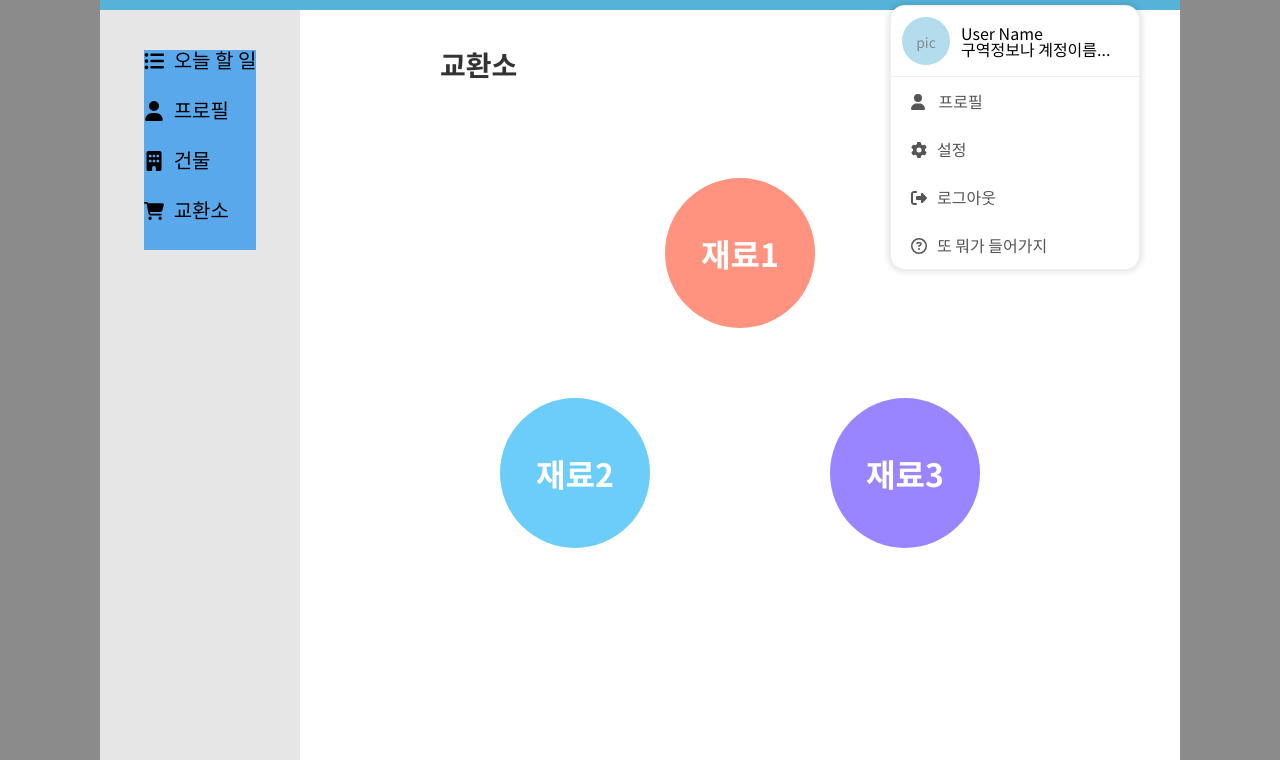
Repository: sunoo-lee/toVillage-old
Page: /#/trade
An editor plug-in stored every save of this project. The page is shown before and after the next save, followed by the edit.
The browser window is 1280 px wide. The pictures show the whole page.
The project was rebuilt for these pictures with package versions that can differ from the ones it lists, and the page was loaded fresh each time. Also part of the build but not shown: src/routes/Auth.js, src/components/Todo.js, src/components/AddForm.js, src/components/Main.js, src/routes/Home.js, src/components/MyProfile.js, src/routes/Profile.js, src/components/Area.module.css and 2 more.

Above is the page before, as saved 2022-10-13 03:07:31.

### src/components/App.js
import React, { useState } from "react";
import AppRouter from "./Router";

function App() {
  const [isLoggedIn, setIsLoggedIn] = useState(true);
  const onClick = () => {
    setIsLoggedIn(!isLoggedIn);
  };
  return (
    <>
      <AppRouter onClick={onClick} isLoggedIn={isLoggedIn} />
    </>
  );
}

export default App;

### src/style.css
@import url("https://fonts.googleapis.com/css2?family=Noto+Sans+KR:wght@400;500;700&display=swap");

* {
  box-sizing: border-box;
}

html,
body {
  padding: 0;
  margin: 0;
  font-family: "Noto Sans KR", -apple-system, BlinkMacSystemFont, Segoe UI,
    Roboto, Oxygen, Ubuntu, Cantarell, Fira Sans, Droid Sans, Helvetica Neue,
    sans-serif;
}

body {
  display: flex;
  justify-content: center;
  align-items: center;
  height: 800px;
  width: 1080px;
  margin: auto;
  height: 100vh;
  background-color: #9dbac7;
  background-color: #8b8b8b;
}

.container {
  background-color: aliceblue;
  background-color: #ffffff;
  min-width: 600px;
  width: 1080px;
  height: 800px;
  padding-left: 200px;
  padding-top: 50px;
  display: flex;
  justify-content: center;
}

### src/components/Router.js
import { HashRouter as Router, Routes, Route } from "react-router-dom";
import Auth from "../routes/Auth";
import Home from "../routes/Home";
import Profile from "../routes/Profile";
import Building from "../routes/Building";
import Trade from "../routes/Trade";
import Header from "./Header";
import Navigation from "./Navigation";

const AppRouter = ({ onClick, isLoggedIn }) => {
  return (
    <Router>
      {isLoggedIn}
      <Header />
      <Navigation onClick={onClick} />
      <Routes>
        {isLoggedIn ? (
          <>
            <Route
              exact
              path="/"
              element={<Home onClick={onClick} isLoggedIn={isLoggedIn} />}
            />
            <Route path="/profile" element={<Profile />} />
            <Route path="/building" element={<Building />} />
            <Route path="/trade" element={<Trade />} />
          </>
        ) : (
          <>
            <Route exact path="/" element={<Auth />} />
          </>
        )}
      </Routes>
    </Router>
  );
};

export default AppRouter;

### src/routes/Trade.js
import React from "react";
import TradingShop from "../components/TradingShop";

const Trade = () => {
  return (
    <>
      <div className={"container"}>
        <TradingShop />
      </div>
    </>
  );
};

export default Trade;

### src/components/Header.js
import { React } from "react";
import styles from "./Header.module.css";
import { FontAwesomeIcon } from "@fortawesome/react-fontawesome";
import { faBars, faUser } from "@fortawesome/free-solid-svg-icons";
import Dropdown from "./Dropdown";
// import MiniProfile from "./MiniProfile";

const Header = () => (
  <header id={styles.header}>
    <div className={styles.container}>
      <div className={styles.header_left}>
        <button className={styles.toggle_btn}>
          <FontAwesomeIcon icon={faBars} />
        </button>
      </div>
      <div className={styles.header_center}>
        {/* {new Date().getFullYear()}/{new Date().getMonth() + 1}/
      {new Date().getDate()} */}
      </div>
      <div className={styles.header_right}>
        <button>
          <FontAwesomeIcon icon={faUser} />
        </button>
        <Dropdown />
      </div>
    </div>
  </header>
);

export default Header;

### src/components/Navigation.js
import { React } from "react";
import { Link } from "react-router-dom";
// import MiniProfile from "./MiniProfile";
import styles from "./Navigation.module.css";
import { FontAwesomeIcon } from "@fortawesome/react-fontawesome";
import {
  faUser,
  faBuilding,
  faCartShopping,
  faListUl,
} from "@fortawesome/free-solid-svg-icons";

const Navigation = () => (
  <nav id={styles.nav}>
    {/* <MiniProfile /> */}
    <div className={styles.container}>
      <ul>
        <li>
          <Link to="/">
            <FontAwesomeIcon icon={faListUl} />
            <span>오늘 할 일</span>
          </Link>
        </li>
        <li>
          <Link to="/profile">
            <FontAwesomeIcon icon={faUser} />
            <span>프로필</span>
          </Link>
        </li>
        <li>
          <Link to="/building">
            <FontAwesomeIcon icon={faBuilding} />
            <span>건물</span>
          </Link>
        </li>
        <li>
          <Link to="/trade">
            <FontAwesomeIcon icon={faCartShopping} />
            <span>교환소</span>
          </Link>
        </li>
      </ul>
      {/* <button onClick={onClick}>SIGN OUT</button> */}
    </div>
  </nav>
);

export default Navigation;

### src/components/TradingShop.js
import React from "react";
import styles from "./TradingShop.module.css";
const TradingShop = () => {
  return (
    <div className={styles.container}>
      <h1>
        <span className={styles.title}>교환소</span>
      </h1>
      <div className={styles.table}>
        <ul>
          <li>
            <div className={`${styles.materials} ${styles.material_1}`}>
              재료1
            </div>
          </li>
          <li>
            <div className={`${styles.materials} ${styles.material_2}`}>
              재료2
            </div>
          </li>
          <li>
            <div className={`${styles.materials} ${styles.material_3}`}>
              재료3
            </div>
          </li>
        </ul>
      </div>
    </div>
  );
};

export default TradingShop;

### src/components/Header.module.css
:root {
  --theme_color: #55b3d9;
}

#header {
  position: absolute;
  width: 1080px;
  z-index: 100;
}

.container {
  background-color: #bce5f5;
  background-color: var(--theme_color);
  width: 100%;
  height: 50px;
  display: flex;
  justify-content: space-between;
  align-items: center;
  padding: 0 40px;
}
.header_left .toggle_btn {
  width: 30px;
  height: 30px;
  border: none;
  outline: none;
  border-radius: 50%;
  background-color: whitesmoke;
  background-color: transparent;
  color: #ffffff;
  cursor: pointer;
  font-size: 1.3rem;
}
.header_center {
  font-weight: 700;
  font-size: 1.4em;
}

.header_right button {
  width: 30px;
  height: 30px;
  border: none;
  outline: none;
  border-radius: 50%;
  background-color: whitesmoke;
  cursor: pointer;
  text-align: center;
  color: var(--theme_color);
}

### src/components/Dropdown.js
import React from "react";
import styles from "./MyProfile.module.css";
import { FontAwesomeIcon } from "@fortawesome/react-fontawesome";
import {
  faUser,
  faGear,
  faRightFromBracket,
} from "@fortawesome/free-solid-svg-icons";
import { faCircleQuestion } from "@fortawesome/free-regular-svg-icons";

const Dropdown = () => (
  <div className={styles.card}>
    <div className={styles.userBx}>
      <div className={styles.imgbx}>pic</div>
      <div className={styles.userinfo}>
        <p>User Name</p>
        <p>구역정보나 계정이름...</p>
      </div>
    </div>
    <ul className={styles.menu}>
      <li>
        <FontAwesomeIcon icon={faUser} /> <span>프로필</span>
      </li>
      <li>
        <FontAwesomeIcon icon={faGear} />
        <span>설정</span>
      </li>
      <li>
        <FontAwesomeIcon icon={faRightFromBracket} />
        <span>로그아웃</span>
      </li>
      <li>
        <FontAwesomeIcon icon={faCircleQuestion} />
        <span>또 뭐가 들어가지</span>
      </li>
    </ul>
  </div>
);

export default Dropdown;

### src/components/Navigation.module.css
#nav {
  width: 200px;
  height: 800px;
  position: absolute;
  z-index: 50;
  padding-top: 50px;
  background-color: #e6e6e6;
  display: flex;
  align-items: center;
  flex-direction: column;
  padding: 60px 10px 10px;
}

.container {
  position: relative;
  margin-top: 10px;
  width: 100%;
  border-radius: 20px;
  padding: 20px 0;
  display: flex;
  flex-direction: column;
  align-items: center;
}
.container ul {
  text-align: left;
}
.container ul li {
  height: 50px;
  background-color: #58a8eb;
}
.container ul li a {
  font-size: 20px;
  color: #696969;
  color: #000000;
  font-weight: 500;
  text-decoration: none;
  /* line-height: 40px; */
}
.container ul li:hover {
}
.container ul li a svg {
  width: 20px;
  margin-right: 10px;
}

.container button {
  position: absolute;
  bottom: 20px;
  padding: 7px 10px;
  border-radius: 5px;
  border: none;
  outline: none;
  font-size: 1em;
  font-weight: 700;
  background-color: #58a8eb;
  color: #ffffff;
  cursor: pointer;
}

### src/components/Main.module.css
:root {
  --theme_color: #55b3d9;
}

.container {
  margin-top: 40px;
  width: 600px;
}

.container h1 {
  margin-bottom: 20px;
}

.title {
  font-size: 28px;
  font-weight: 700;
  color: #333333;
}

.list {
  width: 600px;
  /* margin: 20px 0; */
}

.list .item {
  background-color: #ffffff;
  padding: 5px 0;
  line-height: 28px;
  display: flex;
  align-items: center;
  justify-content: space-between;
  border-bottom: 1px solid #c7c7c7;
}

.list .item:first-child {
  border-top: 1px solid #c7c7c7;
}

.list .item input[type="checkbox"] {
  width: 20px;
  height: 20px;
  border-radius: 50px;
  border: 1px solid #999999;
  appearance: none;
  margin-right: 10px;
}

.list .item input[type="checkbox"]:checked {
  background: var(--theme_color);
  border: none;
}
.list .item div {
  margin: auto 0;
  display: flex;
}
.list .item div button {
  border-radius: 50%;
  border: none;
  margin: auto 3px;
  height: 24px;
  width: 24px;
  box-shadow: 0 0 3px 0 #00000088;
  background-color: #ffffff;
  color: #333333;
}

.add_form {
  position: relative;
}

.add_form .list_input {
  margin: 5px 0;
  width: 600px;
  font-size: 16px;
  padding: 7px 15px;
  border: 1px solid #c7c7c7;
  border-radius: 5px;
}

.add_form .list_input:focus {
  outline: none;
  border: 1px solid var(--theme_color);
}

.add_form .add_btn {
  display: block;
  position: absolute;
  right: 0;
  font-size: 14px;
  background-color: var(--theme_color);
  border: 1px solid var(--theme_color);
  /* border: none; */
  border-radius: 5px;
  padding: 5px 10px;
  color: #ffffff;
  font-weight: 700;
  cursor: pointer;
}

### src/components/MyProfile.module.css
:root {
  --border_option: 1px solid #666666;
  /* --border_option: none; */
  --shadow_option: 0 0 5px 1px #00000088;
  --theme_color: #55b3d9;
}
.container {
  display: flex;
  flex-direction: column;
  justify-content: flex-start;
  align-items: center;
  padding: 60px;
}

.pic {
  width: 200px;
  height: 200px;
  background-color: #ffffff;
  border-radius: 50%;
  box-shadow: 0 15px 50px #00000041;
  line-height: 200px;
  text-align: center;
  font-size: 20px;
  color: #888888;
  font-weight: 700;
  margin-bottom: 30px;
}
.nickname {
  color: #666666;
  font-size: 36px;
  font-weight: 700;
  margin-bottom: 20px;
}
.area {
  font-size: 26px;
  font-weight: 700;
  color: #888888;
}
.materials {
  display: flex;
  margin: 40px 0;
}
.materials li {
  margin: 0 10px;
}
.materials div {
  width: 80px;
  height: 80px;
  background-color: #ffffff;
  border-radius: 50%;
  line-height: 80px;
  text-align: center;
  margin-bottom: 10px;
  color: #666666;
  border-radius: 50%;
  background-color: #55b4d975;
  font-size: 1.2em;
  color: #999999;
}
.materials span {
  display: block;
  width: 80px;
  text-align: center;
  font-size: 1.6em;
  color: #555555;
  line-height: 1.2em;
  font-weight: 600;
}
.box_btn {
  border-radius: 5px;
  padding: 16px 20px;
  border: none;
  outline: none;
  font-size: 1.4em;
  font-weight: 700;
  background-color: var(--theme_color);
  color: #ffffff;
  cursor: pointer;
}

/* ----------------------mini profile-------------------------- */

.card {
  position: absolute;
  width: 250px;
  height: 265px;
  background-color: #ffffff;
  border-radius: 15px;
  box-shadow: 0 0 5px 3px #00000015;
  border: 1px solid #00000011;
  overflow: hidden;
  right: 40px;
  top: 45px;
}
.userBx {
  position: relative;
  display: flex;
  align-items: center;
  padding: 10px;
}

.imgbx {
  border: 1px solid #ffffff;
  position: relative;
  width: 50px;
  height: 50px;
  background-color: #b3dcec;
  border-radius: 50%;
  font-size: 14px;
  text-align: center;
  color: #888888;
  line-height: 50px;
  margin-right: 10px;
}

.menu {
  position: absolute;
  width: 100%;
  height: auto;
  border-top: 1px solid #00000011;
}
.menu li {
  padding: 0 20px;
  color: #555555;
  cursor: pointer;
}
.menu li:hover {
  background-color: #c9dee6;
}
.menu li span {
  display: inline-block;
  margin: 16px 10px;
}

### src/components/TradingShop.module.css
.container {
  margin-top: 40px;
  width: 600px;
}

.container h1 {
  margin-bottom: 20px;
}

.container h1 .title {
  position: relative;
  font-size: 28px;
  font-weight: 700;
  color: #333333;
}

.container .table ul li {
  position: relative;
}

.container .table .materials {
  width: 150px;
  height: 150px;
  color: #333333;
  font-size: 32px;
  font-weight: 700;
  color: #ffffff;
  border: none;
  border-radius: 50%;
  text-align: center;
  line-height: 150px;
  position: absolute;
}

.container .table .material_1 {
  background-color: #ff9380;
  left: 50%;
  top: 80px;
  transform: translateX(-50%);
}
.container .table .material_2 {
  background-color: #6ccdfa;
  top: 300px;
  left: 10%;
}
.container .table .material_3 {
  background-color: #9885ff;
  top: 300px;
  right: 10%;
}

Loaded but not shown: public/index.html (common file); src/index.js (common file); src/reset.css (common file)

After the next save:
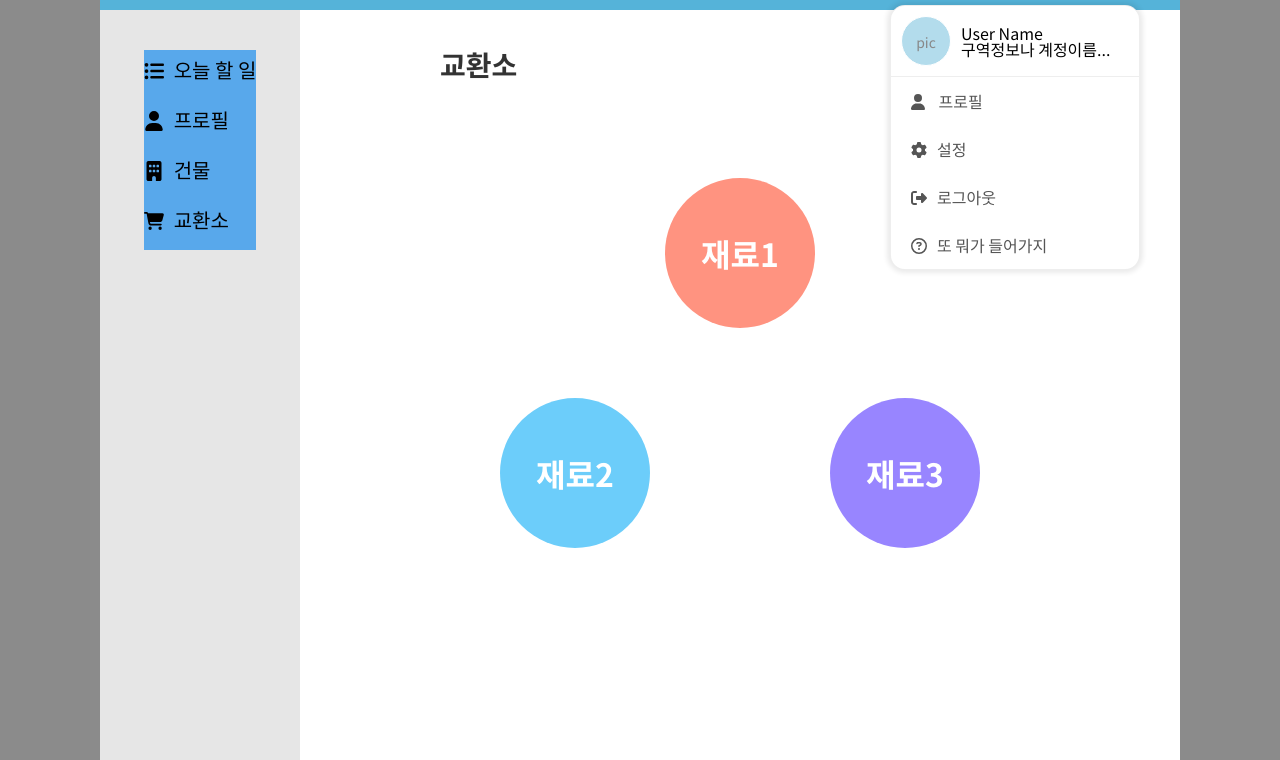
Saved 8 s later.
--- a/src/components/Navigation.module.css
+++ b/src/components/Navigation.module.css
@@ -34,7 +34,7 @@
   color: #000000;
   font-weight: 500;
   text-decoration: none;
-  /* line-height: 40px; */
+  line-height: 40px;
 }
 .container ul li:hover {
 }
